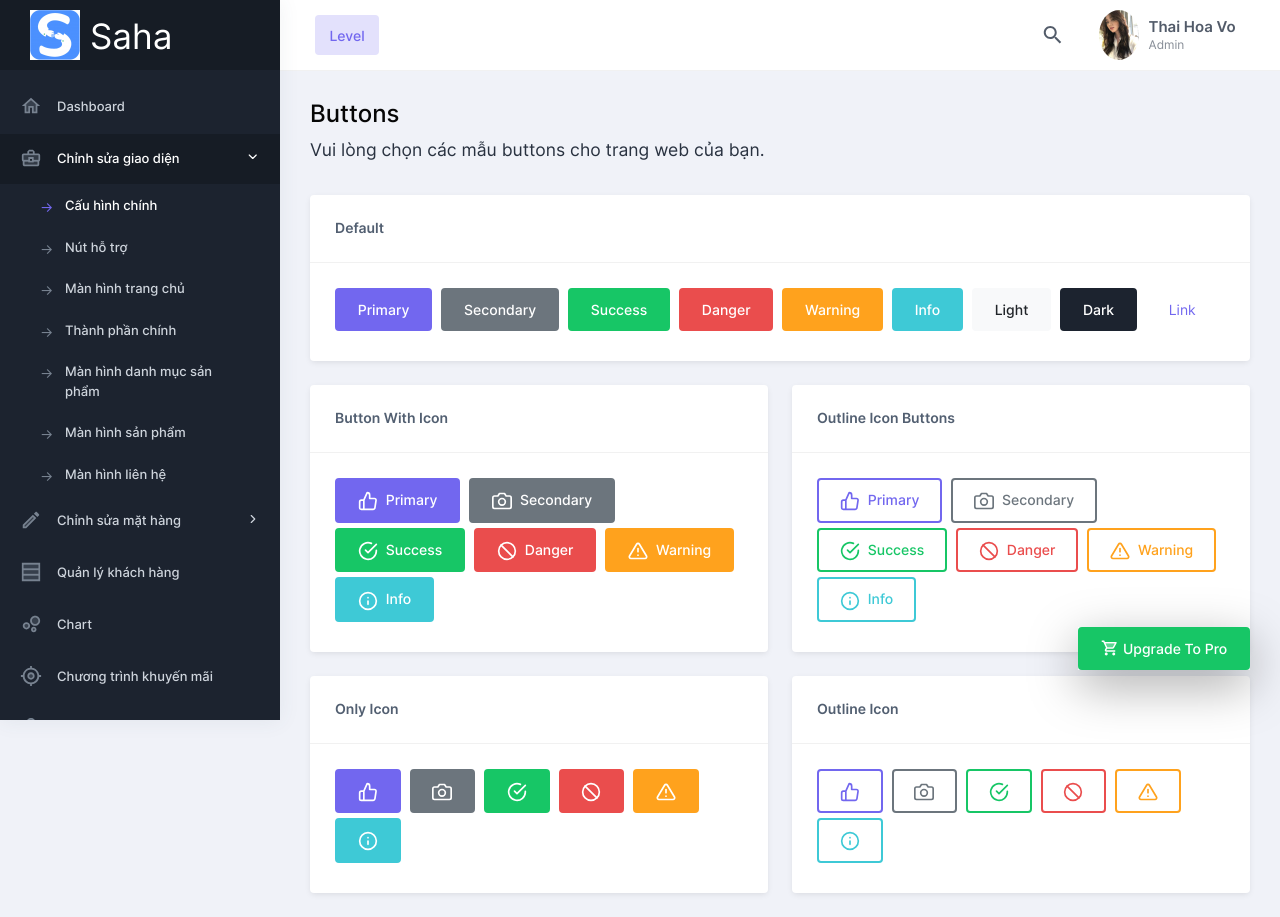
Repository: vothaihoa1998/sahashop.github.io
Page: edit-ui.html
An editor plug-in stored every save of this project. The page is shown before and after the next save, followed by the edit.
The browser window is 1280 px wide. The pictures show the whole page.

Above is the page before, as saved 2021-07-08 14:33:14.

### edit-ui.html
<!DOCTYPE html>
<html lang="en">

<head>
	<title>DashboardKit Bootstrap 5 Admin Template</title>
	<!-- HTML5 Shim and Respond.js IE11 support of HTML5 elements and media queries -->
	<!-- WARNING: Respond.js doesn't work if you view the page via file:// -->
	<!--[if lt IE 11]>
		<script src="https://oss.maxcdn.com/libs/html5shiv/3.7.0/html5shiv.js"></script>
		<script src="https://oss.maxcdn.com/libs/respond.js/1.4.2/respond.min.js"></script>
		<![endif]-->
	<!-- Meta -->
	<meta charset="utf-8">
	<meta name="viewport" content="width=device-width, initial-scale=1.0, user-scalable=0, minimal-ui">
	<meta http-equiv="X-UA-Compatible" content="IE=edge" />
	<meta name="description" content="DashboardKit is made using Bootstrap 5 design framework. Download the free admin template & use it for your project.">
	<meta name="keywords" content="DashboardKit, Dashboard Kit, Dashboard UI Kit, Bootstrap 5, Admin Template, Admin Dashboard, CRM, CMS, Free Bootstrap Admin Template">
	<meta name="author" content="DashboardKit ">


	<!-- Favicon icon -->
	<link rel="icon" href="assets/images/favicon.svg" type="image/x-icon">

	<!-- font css -->
	<link rel="stylesheet" href="assets/fonts/feather.css">
	<link rel="stylesheet" href="assets/fonts/fontawesome.css">
	<link rel="stylesheet" href="assets/fonts/material.css">

	<!-- vendor css -->
	<link rel="stylesheet" href="assets/css/style.css" id="main-style-link">

</head>

<body class="">
	<!-- [ Pre-loader ] start -->
	<div class="loader-bg">
		<div class="loader-track">
			<div class="loader-fill"></div>
		</div>
	</div>
	<!-- [ Pre-loader ] End -->
	<!-- [ Mobile header ] start -->
	<div class="pc-mob-header pc-header">
		<div class="pcm-logo">
			<img src="assets/images/logo.svg" alt="" class="logo logo-lg">
		</div>
		<div class="pcm-toolbar">
			<a href="#!" class="pc-head-link" id="mobile-collapse">
				<div class="hamburger hamburger--arrowturn">
					<div class="hamburger-box">
						<div class="hamburger-inner"></div>
					</div>
				</div>
			</a>
			<a href="#!" class="pc-head-link" id="headerdrp-collapse">
				<i data-feather="align-right"></i>
			</a>
			<a href="#!" class="pc-head-link" id="header-collapse">
				<i data-feather="more-vertical"></i>
			</a>
		</div>
	</div>
	<!-- [ Mobile header ] End -->

	<!-- [ navigation menu ] start -->
	<nav class="pc-sidebar ">
		<div class="navbar-wrapper">
			<div class="m-header">
				<a href="index.html" class="b-brand">
					<!-- ========   change your logo hear   ============ -->
					<img src="assets/images/Icon-saha.png" style="width: 50px;" alt="" class="logo logo-lg">
                    <span style="margin-left: 10px; font-size:35px; color: #fff; position: absolute;">Saha</span>
					<img src="assets/images/logo-sm.svg" alt="" class="logo logo-sm">
				</a>
			</div>
			<div class="navbar-content">
				<ul class="pc-navbar">
					<!-- <li class="pc-item pc-caption">
						<label>Navigation</label>
					</li> -->
					<li class="pc-item">
						<a href="index.html" class="pc-link "><span class="pc-micon"><i class="material-icons-two-tone">home</i></span><span class="pc-mtext">Dashboard</span></a>
					</li>
					<!-- <li class="pc-item pc-caption">
						<label>Elements</label>
						<span>UI Components</span>
					</li> -->
					<li class="pc-item pc-hasmenu">
						<a href="#!" class="pc-link "><span class="pc-micon"><i class="material-icons-two-tone">business_center</i></span><span class="pc-mtext">Chỉnh sửa giao diện</span><span class="pc-arrow"><i data-feather="chevron-right"></i></span></a>
						<ul class="pc-submenu">
							<li class="pc-item"><a class="pc-link" href="edit-ui.html">Cấu hình chính</a></li>
							<li class="pc-item"><a class="pc-link" href="bc_button.html">Nút hỗ trợ</a></li>
							<li class="pc-item"><a class="pc-link" href="bc_badges.html">Màn hình trang chủ</a></li>
							<li class="pc-item"><a class="pc-link" href="bc_breadcrumb-pagination.html">Thành phần chính</a></li>
							<li class="pc-item"><a class="pc-link" href="bc_card.html">Màn hình danh mục sản phẩm</a></li>
							<li class="pc-item"><a class="pc-link" href="bc_collapse.html">Màn hình sản phẩm</a></li>
							<li class="pc-item"><a class="pc-link" href="bc_carousel.html">Màn hình liên hệ</a></li>
							<!-- <li class="pc-item"><a class="pc-link" href="bc_progress.html">Progress</a></li>
							<li class="pc-item"><a class="pc-link" href="bc_modal.html">Modal</a></li> -->

							<!-- <li class="pc-item"><a class="pc-link" href="bc_typography.html">Typography</a></li> -->
						</ul>
					</li>
					<!-- <li class="pc-item">
						<a href="icon-feather.html" class="pc-link "><span class="pc-micon"><i class="material-icons-two-tone">history_edu</i></span><span class="pc-mtext">Icons</span></a>
					</li> -->
					<!-- <li class="pc-item pc-caption">
						<label>Forms</label>
					</li> -->
					<li class="pc-item pc-hasmenu">
                        <a href="#!" class="pc-link "><span class="pc-micon"><i class="material-icons-two-tone">edit</i></span><span class="pc-mtext">Chỉnh sửa mặt hàng</span><span class="pc-arrow"><i data-feather="chevron-right"></i></span></a>
						<ul class="pc-submenu">
							<li class="pc-item"><a class="pc-link" href="form_elements.html">Sản phẩm</a></li>
							<li class="pc-item"><a class="pc-link" href="form2_input_group.html">Danh mục</a></li>
							<li class="pc-item"><a class="pc-link" href="form2_checkbox.html">Các thuộc tính</a></li>
							<!-- <li class="pc-item"><a class="pc-link" href="form2_radio.html">Radio</a></li> -->
						</ul>
					</li>
					<!-- <li class="pc-item pc-caption">
						<label>table</label>
					</li> -->
					<li class="pc-item">
						<a href="tbl_bootstrap.html" class="pc-link "><span class="pc-micon"><i class="material-icons-two-tone">table_rows</i></span><span class="pc-mtext">Quản lý khách hàng</span></a>
					</li>
					<!-- <li class="pc-item pc-caption">
						<label>Chart & Maps</label>
						<span>Tones of readymade charts</span>
					</li> -->
					<li class="pc-item">
						<a href="chart-apex.html" class="pc-link "><span class="pc-micon"><i class="material-icons-two-tone">bubble_chart</i></span><span class="pc-mtext">Chart</span></a>
					</li>
					<li class="pc-item">
						<a href="map-google.html" class="pc-link "><span class="pc-micon"><i class="material-icons-two-tone">my_location</i></span><span class="pc-mtext">Chương trình khuyến mãi</span></a>
					</li>
					<!-- <li class="pc-item pc-caption">
						<label>Pages</label>
						<span>Redymade Pages</span>
					</li> -->
					<li class="pc-item pc-hasmenu">
						<a href="#!" class="pc-link"><span class="pc-micon"><i class="material-icons-two-tone">https</i></span><span class="pc-mtext">Tin tức bài viết</span><span class="pc-arrow"><i data-feather="chevron-right"></i></span></a>
						<ul class="pc-submenu">
							<li class="pc-item"><a class="pc-link" href="auth-signup.html" target="_blank">Bài viết</a></li>
							<li class="pc-item"><a class="pc-link" href="auth-signin.html" target="_blank">Danh mục bài viết</a></li>
						</ul>
					</li>
                    <li class="pc-item">
						<a href="map-google.html" class="pc-link "><span class="pc-micon"><i class="material-icons-two-tone">my_location</i></span><span class="pc-mtext">Quản lý đánh giá sản phẩm</span></a>
					</li>
					<!-- <li class="pc-item pc-caption">
						<label>Other</label>
						<span>Extra more things</span>
					</li> -->
					<li class="pc-item pc-hasmenu">
						<a href="#!" class="pc-link"><span class="pc-micon"><i class="material-icons-two-tone">list_alt</i></span><span class="pc-mtext">Cài đặt</span><span class="pc-arrow"><i data-feather="chevron-right"></i></span></a>
						<ul class="pc-submenu">
							<li class="pc-item"><a class="pc-link" href="#!">Cài đặt vận chuyển</a></li>
							<li class="pc-item pc-hasmenu">
								<a href="#!" class="pc-link">Cài đặt thanh toán<span class="pc-arrow"><i data-feather="chevron-right"></i></span></a>
								<ul class="pc-submenu">
									<li class="pc-item"><a class="pc-link" href="#!">Menu level 3.1</a></li>
									<li class="pc-item"><a class="pc-link" href="#!">Menu level 3.2</a></li>
									<li class="pc-item pc-hasmenu">
										<a href="#!" class="pc-link">Menu level 3.3<span class="pc-arrow"><i data-feather="chevron-right"></i></span></a>
										<ul class="pc-submenu">
											<li class="pc-item"><a class="pc-link" href="#!">Menu level 4.1</a></li>
											<li class="pc-item"><a class="pc-link" href="#!">Menu level 4.2</a></li>
										</ul>
									</li>
								</ul>
							</li>
							<!-- <li class="pc-item pc-hasmenu">
								<a href="#!" class="pc-link">Menu level 2.3<span class="pc-arrow"><i data-feather="chevron-right"></i></span></a>
								<ul class="pc-submenu">
									<li class="pc-item"><a class="pc-link" href="#!">Menu level 3.1</a></li>
									<li class="pc-item"><a class="pc-link" href="#!">Menu level 3.2</a></li>
									<li class="pc-item pc-hasmenu">
										<a href="#!" class="pc-link">Menu level 3.3<span class="pc-arrow"><i data-feather="chevron-right"></i></span></a>
										<ul class="pc-submenu">
											<li class="pc-item"><a class="pc-link" href="#!">Menu level 4.1</a></li>
											<li class="pc-item"><a class="pc-link" href="#!">Menu level 4.2</a></li>
										</ul>
									</li>
								</ul>
							</li> -->
						</ul>
					</li>
					<!-- <li class="pc-item"><a href="sample-page.html" class="pc-link "><span class="pc-micon"><i class="material-icons-two-tone">storefront</i></span><span class="pc-mtext">Sample page</span></a></li> -->

				</ul>
			</div>
		</div>
	</nav>
	<!-- [ navigation menu ] end -->
	<!-- [ Header ] start -->
	<header class="pc-header ">
		<div class="header-wrapper">
			<div class="mr-auto pc-mob-drp">
				<ul class="list-unstyled" >
					<li  class="dropdown pc-h-item">
						<a onclick="document.getElementById('id01').style.display='block'"

                        class="pc-head-link active dropdown-toggle arrow-none mr-0" data-toggle="dropdown" href="#" role="button" aria-haspopup="false" aria-expanded="false">
							Level
						</a>
						<div id="id01" class="dropdown-menu pc-h-dropdown" onclick="document.getElementById('id01').style.display='none'">
							<a href="#!" class="dropdown-item">
								<i class="material-icons-two-tone">account_circle</i>
								<span>My Account</span>
							</a>
							<div class="pc-level-menu">
								<a href="#!" class="dropdown-item">
									<i class="material-icons-two-tone">list_alt</i>
									<span class="float-right"><i data-feather="chevron-right" class="mr-0"></i></span>
									<span>Level2.1</span>
								</a>
								<div class="dropdown-menu pc-h-dropdown">
									<a href="#!" class="dropdown-item">
										<i class="fas fa-circle"></i>
										<span>My Account</span>
									</a>
									<a href="#!" class="dropdown-item">
										<i class="fas fa-circle"></i>
										<span>Settings</span>
									</a>
									<a href="#!" class="dropdown-item">
										<i class="fas fa-circle"></i>
										<span>Support</span>
									</a>
									<a href="#!" class="dropdown-item">
										<i class="fas fa-circle"></i>
										<span>Lock Screen</span>
									</a>
									<a href="#!" class="dropdown-item">
										<i class="fas fa-circle"></i>
										<span>Logout</span>
									</a>
								</div>
							</div>
							<a href="#!" class="dropdown-item">
								<i class="material-icons-two-tone">settings</i>
								<span>Settings</span>
							</a>
							<a href="#!" class="dropdown-item">
								<i class="material-icons-two-tone">support</i>
								<span>Support</span>
							</a>
							<a href="#!" class="dropdown-item">
								<i class="material-icons-two-tone">https</i>
								<span>Lock Screen</span>
							</a>
							<a href="#!" class="dropdown-item">
								<i class="material-icons-two-tone">chrome_reader_mode</i>
								<span>Logout</span>
							</a>
						</div>
					</li>
				</ul>
			</div>
			<div class="ml-auto">
				<ul class="list-unstyled">
					<li class="dropdown pc-h-item">
						<a class="pc-head-link dropdown-toggle arrow-none mr-0" data-toggle="dropdown" href="#" role="button" aria-haspopup="false" aria-expanded="false">
							<i class="material-icons-two-tone">search</i>
						</a>
						<div class="dropdown-menu dropdown-menu-right pc-h-dropdown drp-search">
							<form class="px-3">
								<div class="form-group mb-0 d-flex align-items-center">
									<i data-feather="search"></i>
									<input type="search" class="form-control border-0 shadow-none" placeholder="Search here. . .">
								</div>
							</form>
						</div>
					</li>
					<li class="dropdown pc-h-item">
						<a onclick="document.getElementById('id02').style.display='block'" class="pc-head-link dropdown-toggle arrow-none mr-0" data-toggle="dropdown" href="#" role="button" aria-haspopup="false" aria-expanded="false">
							<img src="assets/images/team/01.jpeg" style="object-fit: cover !important;" alt="user-image" class="user-avtar">
							<span>
								<span class="user-name">Thai Hoa Vo</span>
								<span class="user-desc">Admin</span>
							</span>
						</a>
						<div id="id02" class="dropdown-menu dropdown-menu-right pc-h-dropdown" onclick="document.getElementById('id02').style.display='none'">
							<div class=" dropdown-header">

							</div>

                            <a href="#!" class="dropdown-item">
								<i class="material-icons-two-tone">account_circle</i>
								<span>My Account</span>
							</a>
							<div class="pc-level-menu">

								<div class="dropdown-menu pc-h-dropdown">
									<a href="#!" class="dropdown-item">
										<i class="fas fa-circle"></i>
										<span>My Account</span>
									</a>
									<a href="#!" class="dropdown-item">
										<i class="fas fa-circle"></i>
										<span>Settings</span>
									</a>
									<a href="#!" class="dropdown-item">
										<i class="fas fa-circle"></i>
										<span>Support</span>
									</a>
									<a href="#!" class="dropdown-item">
										<i class="fas fa-circle"></i>
										<span>Lock Screen</span>
									</a>
									<a href="#!" class="dropdown-item">
										<i class="fas fa-circle"></i>
										<span>Logout</span>
									</a>
								</div>
							</div>
							<a href="#!" class="dropdown-item">
								<i class="material-icons-two-tone">settings</i>
								<span>Settings</span>
							</a>
							<a href="#!" class="dropdown-item">
								<i class="material-icons-two-tone">support</i>
								<span>Support</span>
							</a>
							<a href="#!" class="dropdown-item">
								<i class="material-icons-two-tone">https</i>
								<span>Lock Screen</span>
							</a>


							<a href="admin-login.html" class="dropdown-item">
								<i class="material-icons-two-tone">chrome_reader_mode</i>
								<span>Logout</span>
							</a>
						</div>
					</li>
				</ul>
			</div>

		</div>
	</header>

<!-- [ Main Content ] start -->
<div class="pc-container">
	<div class="pcoded-content">
		<!-- [ Main Content ] start -->
		<div class="row mb-3">
			<div class="col-md-8">
				<h3>Buttons</h3>
				<p class="lead">Vui lòng chọn các mẫu buttons cho trang web của bạn.</p>

			</div>
		</div>
		<!-- [ button ] start -->
		<div class="row btn-page">
			<!-- [ default-button ] start -->
			<div class="col-sm-12">
				<div class="card">
					<div class="card-header">
						<h5>Default</h5>
					</div>
					<div class="card-body">
						<button type="button" class="btn  btn-primary">Primary</button>
						<button type="button" class="btn  btn-secondary">Secondary</button>
						<button type="button" class="btn  btn-success">Success</button>
						<button type="button" class="btn  btn-danger">Danger</button>
						<button type="button" class="btn  btn-warning">Warning</button>
						<button type="button" class="btn  btn-info">Info</button>
						<button type="button" class="btn  btn-light">Light</button>
						<button type="button" class="btn  btn-dark">Dark</button>
						<button type="button" class="btn  btn-link">Link</button>
					</div>
				</div>
			</div>
			<!-- [ default-button ] end -->
			<!-- [ outline-button ] start -->

			<!-- [ size-small-button ] end -->
		</div>
		<div class="row btn-page">
			<!-- [ button-icon ] start -->
			<div class="col-md-6">
				<div class="card">
					<div class="card-header">
						<h5>Button With Icon</h5>
					</div>
					<div class="card-body">
						<button type="button" class="btn btn-primary"><i class="mr-2" data-feather="thumbs-up"></i>Primary</button>
						<button type="button" class="btn btn-secondary"><i class="mr-2" data-feather="camera"></i>Secondary</button>
						<button type="button" class="btn btn-success"><i class="mr-2" data-feather="check-circle"></i>Success</button>
						<button type="button" class="btn btn-danger"><i class="mr-2" data-feather="slash"></i>Danger</button>
						<button type="button" class="btn btn-warning"><i class="mr-2" data-feather="alert-triangle"></i>Warning</button>
						<button type="button" class="btn btn-info"><i class="mr-2" data-feather="info"></i>Info</button>
					</div>
				</div>
			</div>
			<!-- [ button-icon ] end -->
			<!-- [ button-outline ] start -->
			<div class="col-md-6">
				<div class="card">
					<div class="card-header">
						<h5>Outline Icon Buttons</h5>
					</div>
					<div class="card-body">
						<button type="button" class="btn btn-outline-primary"><i class="mr-2" data-feather="thumbs-up"></i>Primary</button>
						<button type="button" class="btn btn-outline-secondary"><i class="mr-2" data-feather="camera"></i>Secondary</button>
						<button type="button" class="btn btn-outline-success"><i class="mr-2" data-feather="check-circle"></i>Success</button>
						<button type="button" class="btn btn-outline-danger"><i class="mr-2" data-feather="slash"></i>Danger</button>
						<button type="button" class="btn btn-outline-warning"><i class="mr-2" data-feather="alert-triangle"></i>Warning</button>
						<button type="button" class="btn btn-outline-info"><i class="mr-2" data-feather="info"></i>Info</button>
					</div>
				</div>
			</div>
			<!-- [ button-outline ] end -->
			<!-- [ only-icon ] start -->
			<div class="col-md-6">
				<div class="card">
					<div class="card-header">
						<h5>Only Icon</h5>
					</div>
					<div class="card-body">
						<button type="button" class="btn  btn-icon btn-primary"><i data-feather="thumbs-up"></i></button>
						<button type="button" class="btn  btn-icon btn-secondary"><i data-feather="camera"></i></button>
						<button type="button" class="btn  btn-icon btn-success"><i data-feather="check-circle"></i></button>
						<button type="button" class="btn  btn-icon btn-danger"><i data-feather="slash"></i></button>
						<button type="button" class="btn  btn-icon btn-warning"><i data-feather="alert-triangle"></i></button>
						<button type="button" class="btn  btn-icon btn-info"><i data-feather="info"></i></button>
					</div>
				</div>
			</div>
			<!-- [ only-icon ] end -->
			<!-- [ outline-icon ] start -->
			<div class="col-md-6">
				<div class="card">
					<div class="card-header">
						<h5>Outline Icon</h5>
					</div>
					<div class="card-body">
						<button type="button" class="btn btn-icon btn-outline-primary"><i data-feather="thumbs-up"></i></button>
						<button type="button" class="btn btn-icon btn-outline-secondary"><i data-feather="camera"></i></button>
						<button type="button" class="btn btn-icon btn-outline-success"><i data-feather="check-circle"></i></button>
						<button type="button" class="btn btn-icon btn-outline-danger"><i data-feather="slash"></i></button>
						<button type="button" class="btn btn-icon btn-outline-warning"><i data-feather="alert-triangle"></i></button>
						<button type="button" class="btn btn-icon btn-outline-info"><i data-feather="info"></i></button>
					</div>
				</div>
			</div>
			<!-- [ outline-icon ] end -->
		</div>

	</div>
</div>

    <!-- Required Js -->
    <script src="assets/js/vendor-all.min.js"></script>
    <script src="assets/js/plugins/bootstrap.min.js"></script>
    <script src="assets/js/plugins/feather.min.js"></script>
    <script src="assets/js/pcoded.min.js"></script>
    <!-- <script src="https://cdnjs.cloudflare.com/ajax/libs/highlight.js/9.12.0/highlight.min.js"></script> -->
    <!-- <script src="assets/js/plugins/clipboard.min.js"></script> -->
    <!-- <script src="assets/js/uikit.min.js"></script> -->

<script>
    $("body").append('<div class="fixed-button active"><a href="https://gumroad.com/dashboardkit" target="_blank" class="btn btn-md btn-success"><i class="material-icons-two-tone text-white">shopping_cart</i> Upgrade To Pro</a> </div>');
</script>

</body>

</html>

Loaded but not shown: assets/fonts/feather.css (common file); assets/fonts/fontawesome.css (library); assets/fonts/material.css (common file); assets/css/style.css (library); assets/js/vendor-all.min.js (library); assets/js/bootstrap.min.js (library); assets/js/plugins/feather.min.js (library); assets/js/pcoded.min.js (library)

After the next save:
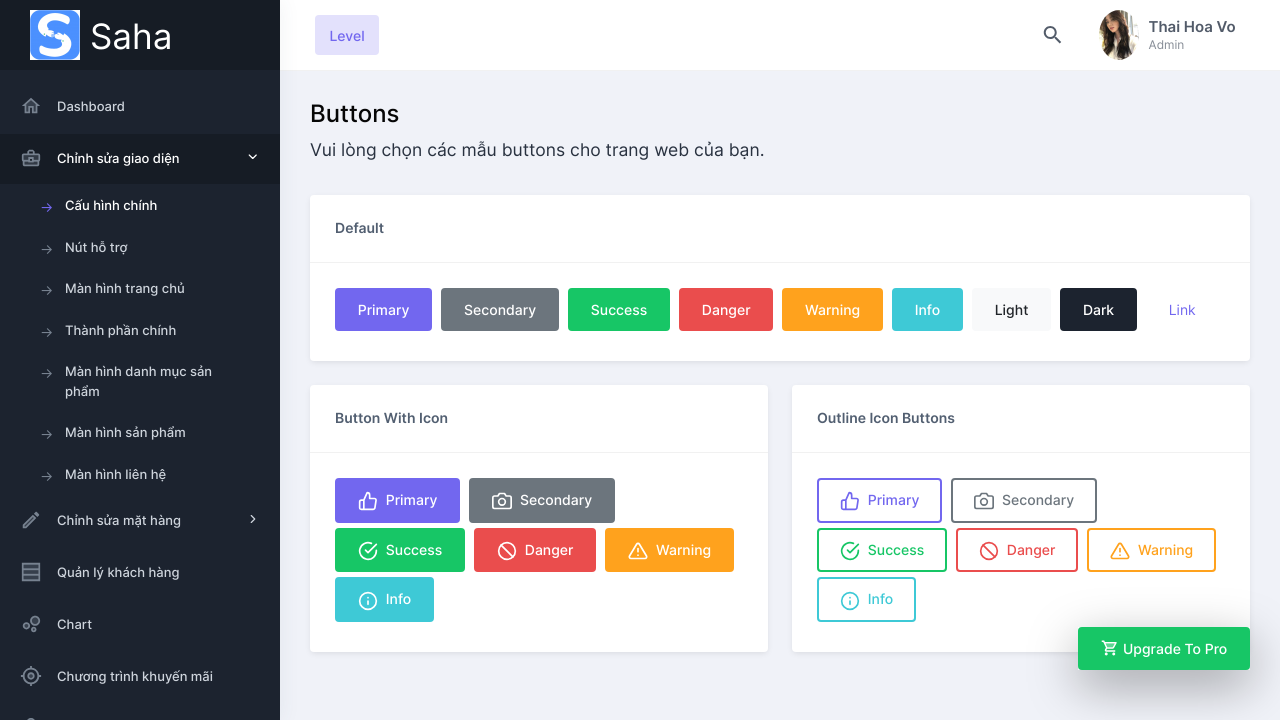
Saved 23 s later.
--- a/edit-ui.html
+++ b/edit-ui.html
@@ -412,38 +412,7 @@
 			</div>
 			<!-- [ button-outline ] end -->
 			<!-- [ only-icon ] start -->
-			<div class="col-md-6">
-				<div class="card">
-					<div class="card-header">
-						<h5>Only Icon</h5>
-					</div>
-					<div class="card-body">
-						<button type="button" class="btn  btn-icon btn-primary"><i data-feather="thumbs-up"></i></button>
-						<button type="button" class="btn  btn-icon btn-secondary"><i data-feather="camera"></i></button>
-						<button type="button" class="btn  btn-icon btn-success"><i data-feather="check-circle"></i></button>
-						<button type="button" class="btn  btn-icon btn-danger"><i data-feather="slash"></i></button>
-						<button type="button" class="btn  btn-icon btn-warning"><i data-feather="alert-triangle"></i></button>
-						<button type="button" class="btn  btn-icon btn-info"><i data-feather="info"></i></button>
-					</div>
-				</div>
-			</div>
-			<!-- [ only-icon ] end -->
-			<!-- [ outline-icon ] start -->
-			<div class="col-md-6">
-				<div class="card">
-					<div class="card-header">
-						<h5>Outline Icon</h5>
-					</div>
-					<div class="card-body">
-						<button type="button" class="btn btn-icon btn-outline-primary"><i data-feather="thumbs-up"></i></button>
-						<button type="button" class="btn btn-icon btn-outline-secondary"><i data-feather="camera"></i></button>
-						<button type="button" class="btn btn-icon btn-outline-success"><i data-feather="check-circle"></i></button>
-						<button type="button" class="btn btn-icon btn-outline-danger"><i data-feather="slash"></i></button>
-						<button type="button" class="btn btn-icon btn-outline-warning"><i data-feather="alert-triangle"></i></button>
-						<button type="button" class="btn btn-icon btn-outline-info"><i data-feather="info"></i></button>
-					</div>
-				</div>
-			</div>
+
 			<!-- [ outline-icon ] end -->
 		</div>
 
